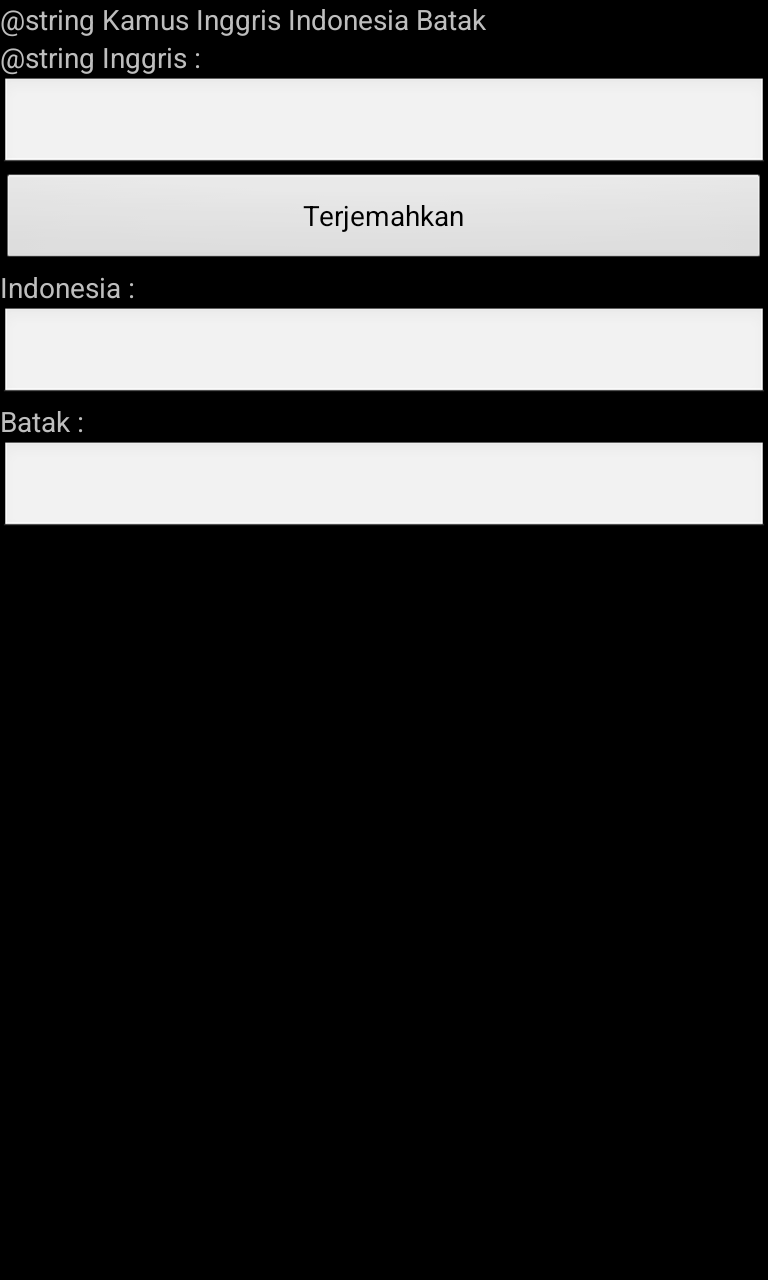
Repository: AndenWano/kamusbahasaindonesia
Layout: KamusKomputer/Kamus/res/layout/activity_show_kamus.xml
These files come from the project's save history. The layout is drawn as it stood at one moment and after a run of saves; the edit follows.
It is drawn on a 768 x 1280 px phone screen (xhdpi) without system bars, with theme android:Theme; the app's code is not run.

Above is the layout before, as saved 2014-12-21 10:12:46.

### KamusKomputer/Kamus/res/layout/activity_show_kamus.xml
<?xml version="1.0" encoding="utf-8"?>
<LinearLayout
xmlns:android="http://schemas.android.com/apk/res/android"
android:orientation="vertical"
android:layout_width="fill_parent"
android:layout_height="fill_parent"
>
<TextView
android:layout_width="fill_parent"
android:layout_height="wrap_content"
android:text="@string Kamus Inggris Indonesia Batak"
/>
<TextView
android:text="@string Inggris :"
android:id="@+id/TextView01"
android:layout_width="wrap_content"
android:layout_height="wrap_content">
</TextView>
<EditText
android:text=""
android:id="@+id/txtInggris"
android:layout_width="fill_parent"
android:layout_height="wrap_content"
/>
<Button
android:text="Terjemahkan"
android:id="@+id/btnTerjemah"
android:layout_width="fill_parent"
android:layout_height="wrap_content"
android:onClick="getTerjemahan"
/>
<TextView
android:text="Indonesia :"
android:id="@+id/TextView03"
android:layout_width="wrap_content"
android:layout_height="wrap_content"
/>
<EditText
android:text=""
android:id="@+id/txtIndonesia"
android:layout_width="fill_parent"
android:layout_height="wrap_content"
android:editable="false"
/>
<TextView
android:text="Batak :"
android:id="@+id/TextView04"
android:layout_width="wrap_content"
android:layout_height="wrap_content"
/>
<EditText
android:text=""
android:id="@+id/txtBatak"
android:layout_width="fill_parent"
android:layout_height="wrap_content"
android:editable="false"
/>
</LinearLayout>

After the next 2 saves:
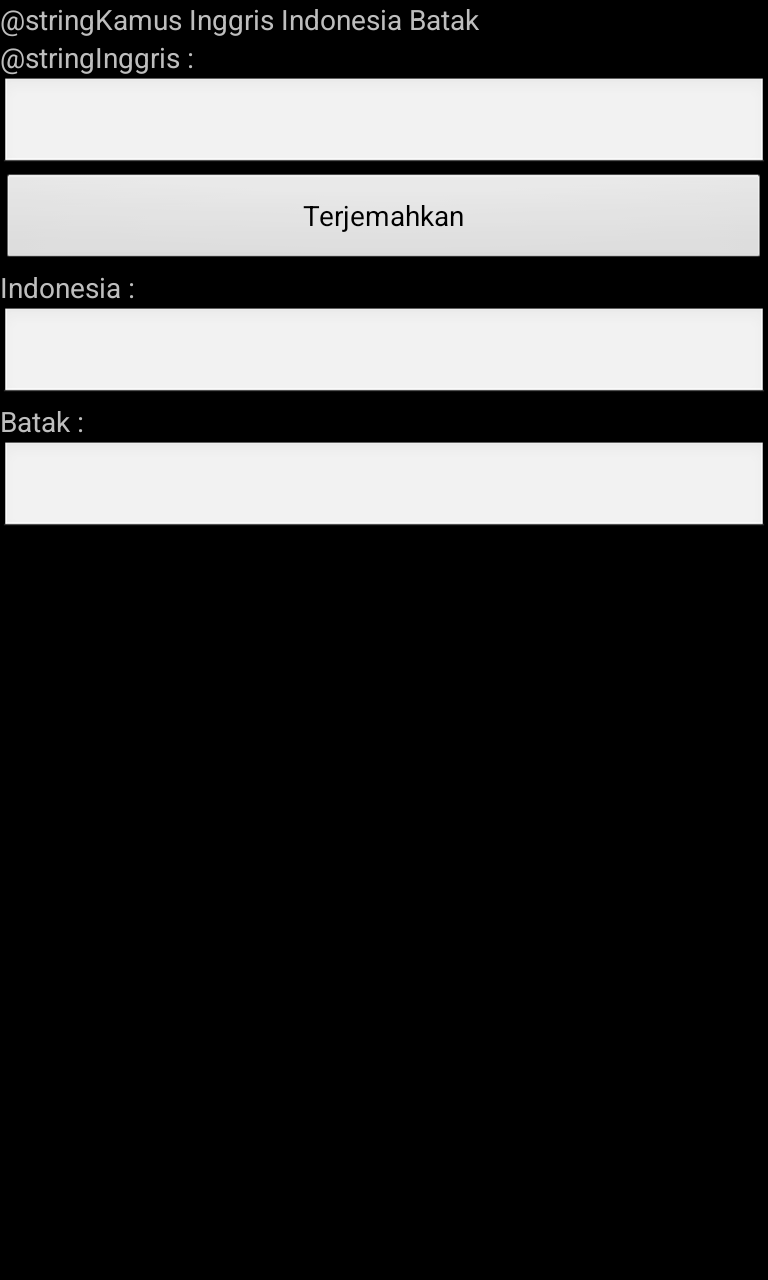
The 2 saves are shown as one change because they came seconds apart.
The last was saved 10 s later.
--- a/KamusKomputer/Kamus/res/layout/activity_show_kamus.xml
+++ b/KamusKomputer/Kamus/res/layout/activity_show_kamus.xml
@@ -8,10 +8,10 @@ android:layout_height="fill_parent"
 <TextView
 android:layout_width="fill_parent"
 android:layout_height="wrap_content"
-android:text="@string Kamus Inggris Indonesia Batak"
+android:text="@stringKamus Inggris Indonesia Batak"
 />
 <TextView
-android:text="@string Inggris :"
+android:text="@stringInggris :"
 android:id="@+id/TextView01"
 android:layout_width="wrap_content"
 android:layout_height="wrap_content">
